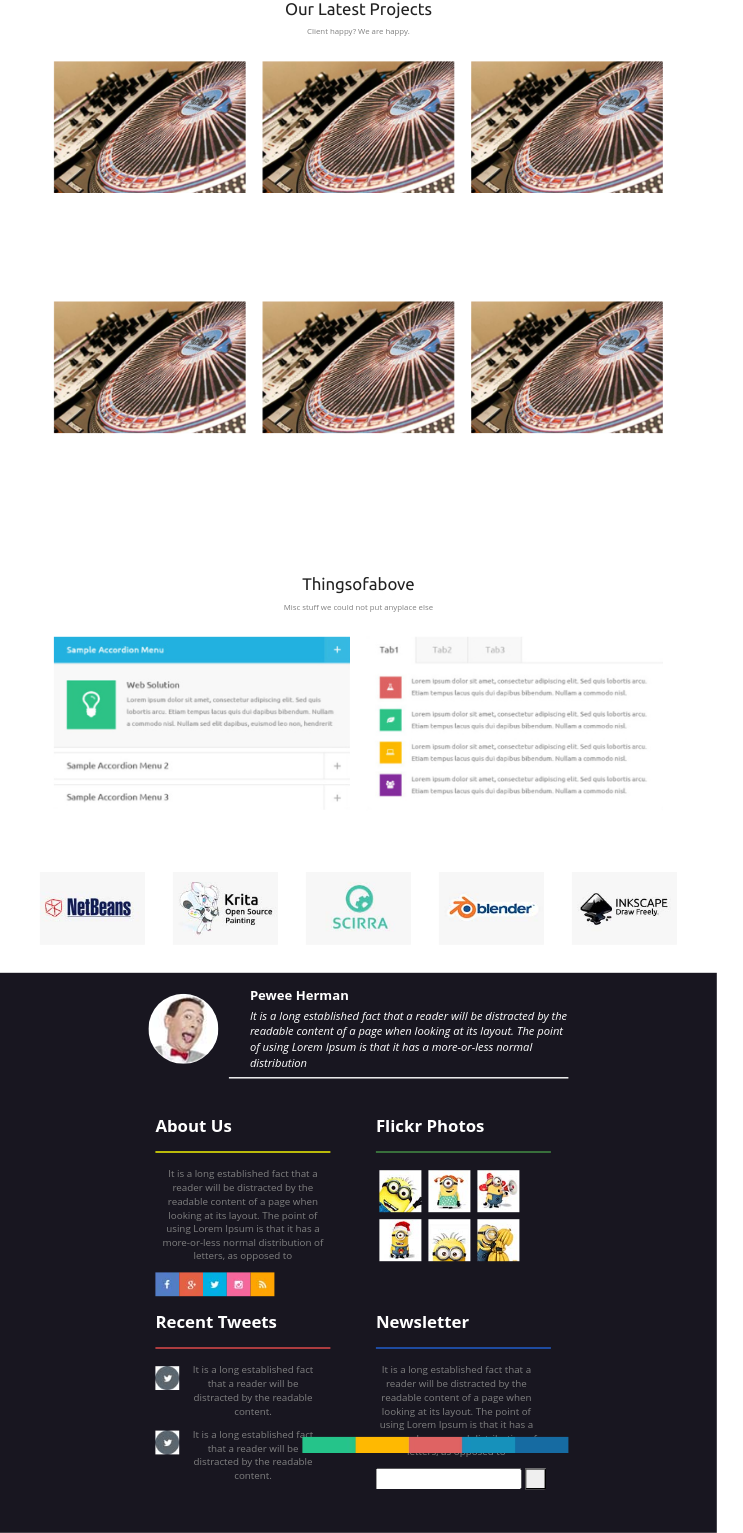
Repository: RenataDzotova/Metrolics-Renata-Beyonce
Page: index.html
The author's editor kept a copy of each file at every save. The page is drawn from the files as they stood at one save, then again after the next save.
The browser window is 1024 px wide. The page is 1062 px wide, so the pictures cover 1062 px, including what lies to the right of the window. The pictures show the part of the page from y = 1784 to 4024 px (the page is 3974 px tall before and 4024 px after), at 70% of full size.
Some web fonts or font styles are not loaded; a fallback is used.

Above is the page before, as saved 2022-02-02 18:10:11.

### index.html
<!doctype html>
<html class="no-js" lang="">

<head>
  <meta charset="utf-8">
  <title>Metrolics</title>
  <meta name="description" content="">
  <meta name="viewport" content="width=device-width, initial-scale=1">

  <meta property="og:title" content="">
  <meta property="og:type" content="">
  <meta property="og:url" content="">
  <meta property="og:image" content="">

  <link rel="manifest" href="site.webmanifest">
  <link rel="apple-touch-icon" href="icon.png">
  <!-- Place favicon.ico in the root directory -->

  <link rel="preconnect" href="https://fonts.googleapis.com">
  <link rel="preconnect" href="https://fonts.gstatic.com" crossorigin>
  <link href="https://fonts.googleapis.com/css2?family=Chewy&family=Gluten:wght@600&family=Ubuntu:wght@300;400&display=swap" rel="stylesheet">
  <link rel="stylesheet" href="css/normalize.css">
  <link rel="stylesheet" href="css/main.css">
  <link rel="stylesheet" href="css/renata.css">

  <meta name="theme-color" content="#fafafa">
</head>

<body>

    <div class = "header">
        <div class = "navBar">
            <div class = "logo"> <img src = "photos/logo.jpg" alt = "logo"> </div>
            <div class="home"><img src="https://img.icons8.com/material-rounded/38/ffffff/home-page.png"/>Home</div>
            <div class="pages"><img src="https://img.icons8.com/windows/38/ffffff/code-fork--v1.png"/>Pages</div>
            <div class="blog"><img src="https://img.icons8.com/windows/38/ffffff/megaphone.png"/>Blog</div>
            <div class="portfolio"><img src="https://img.icons8.com/windows/38/ffffff/suitcase.png"/>Portfolio</div>
            <div class="contact"><img src="https://img.icons8.com/windows/38/ffffff/secured-letter--v1.png"/>Home</div>
        </div>
        <div class = "minions">
            <div class = "minions-div"><img src = "photos/Screen Shot 2022-01-25 at 2.02.28 PM.png" alt = "minion picture"></div>

        </div>
        <div class = "arrowOne"></div>
                <div class = "three-items">
                    <div class = "first-item">Metro Style</div>
                    <div class = "second-item">Retina Ready</div>
                    <div class = "third-item">Responsive Design</div>
                </div>
        <div class = "arrowTwo"></div>
    </div>


    <div class="MainContent">
        <div class= "page__intro">
            <div class="row">
                <h1 class="heading">
                    Hey guys! This is the Metrolics theme. It sports a responsive layout with a mobile layout.
                </h1>
            </div>
        </div>

        <section class="about">
            <div class="row l-col-4">
                    <div class="column span-full">
                        <h2 class="heading">
                            Things That We Do
                        </h2>
                        <p>Ask us what we can do for you</p>
                    </div>
                    <div class="column">
                        <figure class="project">
                            <img class="imgs" src="img/Bulb.png">
                            <h3 class="heading">Web Solutions</h3>
                            <p>We are a fairly small, flexible design studio that designs for print and web. We work flexibly with clients to fulfil their design needs. Whether you need to create a brand from scratch, including marketing materials and a beautiful and functional website or whether you are looking for a design refresh we are confident you will be pleased with the results.</p>
                        </figure>
                    </div>
                    <div class="column">
                        <figure class="project">
                            <img class="imgs" src="img/Pic.png">
                            <h3 class="heading">Photography</h3>
                            <p>We are a fairly small, flexible design studio that designs for print and web. We work flexibly with clients to fulfil their design needs. Whether you need to create a brand from scratch, including marketing materials and a beautiful and functional website or whether you are looking for a design refresh we are confident you will be pleased with the results.</p>
                        </figure>
                    </div>
                    <div class="column">
                        <figure class="project">
                            <img class="imgs" src="img/Gear.png">
                            <h3 class="heading">Web Developement</h3>
                            <p>We are a fairly small, flexible design studio that designs for print and web. We work flexibly with clients to fulfil their design needs. Whether you need to create a brand from scratch, including marketing materials and a beautiful and functional website or whether you are looking for a design refresh we are confident you will be pleased with the results.</p>
                        </figure>
                    </div>
                    <div class="column">
                        <figure class="project">
                            <img class="imgs" src="img/Pencil.png">
                            <h3 class="heading">Web Design</h3>
                            <p>We are a fairly small, flexible design studio that designs for print and web. We work flexibly with clients to fulfil their design needs. Whether you need to create a brand from scratch, including marketing materials and a beautiful and functional website or whether you are looking for a design refresh we are confident you will be pleased with the results.</p>
                        </figure>
                    </div>
                </div>
        </section>

        <section class="projects--new">
            <div class="row m-col-2 l-col-3">
                <div class="column span-full">
                    <h2 class="heading">
                        What's Up Lately?
                    </h2>
                    <p>Read up on our latest work<p>
                </div>
                <div class="column special-project">
                    <figure class="project">
                        <img src="img/Image-More.png" alt="Sample Image Post">
                    </figure>
                </div>
                <div class="column">
                    <figure class="project">
                        <img src="img/Image-More.png" alt="Sample Image Post">
                    </figure>
                </div>
                <div class="column">
                    <figure class="project">
                        <img src="img/Image-More.png" alt="Sample Image Post">
                    </figure>
                </div>
            </div>
        </section>
        <hr>
        <section class="projects">
            <div class="row m-col-2 l-col-3">
                <div class="column span-full">
                    <h2 class="heading">
                        Our Latest Projects
                    </h2>
                    <p>Client happy? We are happy.</p>
                </div>
                <div class="column">
                    <figure class="project">
                        <img src="img/Image.png" alt="Sample Image Post">
                        <div class="text"> <h4>Sample Image Post</h4> <h5>Photography</h5></div>
                        <div class="textimg"><img src="img/box.png"></div>
                    </figure>
                </div>
                <div class="column">
                    <figure class="project">
                        <img src="img/Image.png" alt="Sample Image Post">
                        <div class="text"> <h4>Sample Image Post</h4> <h5>Photography</h5></div>
                        <div class="textimg"><img src="img/box.png"></div>
                    </figure>
                </div>
                <div class="column">
                    <figure class="project">
                        <img src="img/Image.png" alt="Sample Image Post">
                        <div class="text"> <h4>Sample Image Post</h4> <h5>Photography</h5></div>
                        <div class="textimg"><img src="img/box.png"></div>
                    </figure>
                </div>
                <div class="column">
                    <figure class="project">
                        <img src="img/Image.png" alt="Sample Image Post">
                        <div class="text"> <h4>Sample Image Post</h4> <h5>Photography</h5></div>
                        <div class="textimg"><img src="img/box.png"></div>
                    </figure>
                </div>
                <div class="column">
                    <figure class="project">
                        <img src="img/Image.png" alt="Sample Image Post">
                        <div class="text"> <h4>Sample Image Post</h4> <h5>Photography</h5></div>
                        <div class="textimg"><img src="img/box.png"></div>
                    </figure>
                </div>
                <div class="column">
                    <figure class="project">
                        <img src="img/Image.png" alt="Sample Image Post">
                        <div class="text"> <h4>Sample Image Post</h4> <h5>Photography</h5></div>
                        <div class="textimg"><img src="img/box.png"></div>
                    </figure>
                </div>
            </div>
        </section>

        <section class="thingsofabove .s-hide">
            <div class="row l-col-2">
                <div class="column span-full">
                    <h2 class="heading">
                        Thingsofabove
                    </h2>
                    <p>Misc stuff we could not put anyplace else</p>
                </div>
                <div class="column">
                    <figure class="project">
                        <img src="img/Acordian.png" alt="Sample Image Post">
                    </figure>
                </div>
                <div class="column">
                    <figure class="project">
                        <img src="img/Tabs.png" alt="Sample Image Post">
                    </figure>
                </div>
            </div>
        </section>
  </div>

  <div class = "footer">
    <div class = "partners-logos">
        <div><img src = "photos/Client.jpg" alt = "partners"></div>
        <div><img src = "photos/krita.jpg" alt = "partners"></div>
        <div><img src = "photos/Scirra.jpg" alt = "partners"></div>
        <div><img src = "photos/blender.jpg" alt = "partners"></div>
        <div><img src = "photos/inkscape.jpg" alt = "partners"></div>
    </div>
    <div class = "footer-black">
        <div class = "footerBlack_content">
                <div class = "PeweeHerman">
                    <div class = "photo"><img src = "photos/portrait.jpg" alt = "photo"></div>
                    <div class = "text">
                        <h3>Pewee Herman</h3>
                        <i>It is a long established fact that a reader will be distracted by the readable content of a page when looking at its layout. The point of using Lorem Ipsum is that it has a more-or-less normal distribution </i>
                    </div>
                </div>
                <div class = "info-blocks">
                    <div class = "blockOne">
                        <div class = "textAbout"><h2>About Us</h2></div>
                        <p>It is a long established fact that a reader will be distracted by the readable content of a page when looking at its layout. The point of using Lorem Ipsum is that it has a more-or-less normal distribution of letters, as opposed to</p>
                        <div class = "social-media-icons">
                            <img src = "photos/btn-facebook.jpg" alt = "icon">
                            <img src = "photos/btn-google+.jpg" alt = "icon">
                            <img src = "photos/btn-twitter.jpg" alt = "icon">
                            <img src = "photos/btn-instagram.jpg" alt = "icon">
                            <img src = "photos/btn-rss.jpg" alt = "icon">
                        </div>
                    </div>
                    <div class = "blockTwo">
                        <div class = "textPhotos"><h2>Flickr Photos</h2></div>
                            <div class = "minion-pictures">
                                <img src = "photos/minion1.jpg" alt = "minion">
                                <img src = "photos/minion2.jpg" alt = "minion">
                                <img src = "photos/minion3.jpg" alt = "minion">
                                <img src = "photos/minion4.jpg" alt = "minion">
                                <img src = "photos/minion5.jpg" alt = "minion">
                                <img src = "photos/minion6.jpg" alt = "minion">
                            </div>
                    </div>
                    <div class = "blockThree">
                        <div class = "textTweets"><h2>Recent Tweets</h2></div>
                        <div class = "tweets">
                            <img src = "photos/icon-tweet.jpg" alt = "twitter-logo">
                            <p>It is a long established fact that a reader will be distracted by the readable content.</p>
                        </div>
                        <div class = "tweets">
                            <img src = "photos/icon-tweet.jpg" alt = "twitter-logo">
                            <p>It is a long established fact that a reader will be distracted by the readable content.</p>
                        </div>
                    </div>
                    <div class = "blockFour">
                        <div class = "textForm"><h2>Newsletter</h2></div>
                        <p>It is a long established fact that a reader will be distracted by the readable content of a page when looking at its layout. The point of using Lorem Ipsum is that it has a more-or-less normal distribution of letters, as opposed to</p>
                        <div class = "form">
                            <input type="email" id="email" name="email">
                            <button type="button"></button>
                        </div>
                    </div>

                </div>
                <div class = "colorfulThing">
                    <div><img src = "photos/coloured bars.jpg" alt = "blocks"></div>
                </div>
        </div>
</div>





  <script src="js/vendor/modernizr-3.11.2.min.js"></script>
  <script src="js/plugins.js"></script>
  <script src="js/main.js"></script>

  <!-- Google Analytics: change UA-XXXXX-Y to be your site's ID. -->
  <script>
    window.ga = function () { ga.q.push(arguments) }; ga.q = []; ga.l = +new Date;
    ga('create', 'UA-XXXXX-Y', 'auto'); ga('set', 'anonymizeIp', true); ga('set', 'transport', 'beacon'); ga('send', 'pageview')
  </script>
  <script src="https://www.google-analytics.com/analytics.js" async></script>
</body>

</html>

### css/renata.css
/* /////////////    THIS IS THE HEADER    ///////////// */

.header{
    display:flex;
    justify-content: center;
    align-items: center;
    flex-direction: column;
  }






  /* ////////////   NAVBAR    */
  .navBar{
    display: flex;
    flex-direction: row;
    justify-content: center;
    align-items: center;
    width: 1000px;
  }


  /* //////  nav bar icons and img /////// */
  .navBar .logo{
    margin: 0 40px 0 0;
  }

  .home img, .pages img, .blog img, .portfolio img, .contact img{
    width: 30px;
}

  .navBar .home{
    background-color: rgb(71, 148, 71);
    width: 100px;
    height: 100px;
    color: white;
    display: flex;
    flex-direction: column;
    justify-content: center;
    align-items: center;
  }

  .navBar .pages{
    background-color: rgb(236, 226, 77);
    width: 100px;
    height: 100px;
    color: white;
    display: flex;
    flex-direction: column;
    justify-content: center;
    align-items: center
  }

  .navBar .blog{
    background-color: rgb(236, 76, 76);
    width: 100px;
    height: 100px;
    color: white;
    display: flex;
    flex-direction: column;
    justify-content: center;
    align-items: center
  }

  .navBar .portfolio{
    background-color: rgb(99, 205, 212);
    width: 100px;
    height: 100px;
    color: white;
    display: flex;
    flex-direction: column;
    justify-content: center;
    align-items: center
  }

  .navBar .contact{
    background-color: rgb(34, 97, 214);
    width: 100px;
    height: 100px;
    color: white;
    display: flex;
    flex-direction: column;
    justify-content: center;
    align-items: center
  }






  /* //////  minion picture section  /////// */
  .minions{
    background-color: rgb(187, 187, 187);
    width: 100%;
    display: flex;
    justify-content: center;
    align-items:center;
    flex-direction: column;
  }

  .minions img{
      width: 1100px;
  }



  /* /////   text and arrows on minion picture  /////// */
  .first-item, .second-item, .third-item{
    background-color: lightgray;
    opacity: 50%;
    width: 170px;
    height: 35px;
    margin: 2px;
    top: -280px;
    left: -300px;
    padding-left: 10px;

  }

  .minions .three-items p{
    opacity: 100%;
  }

  .first-item{
    border-left:rgb(34, 97, 214) 5px solid;
    position: relative;
  }
  .second-item{
    border-left:rgb(236, 76, 76) 5px solid;
    position: relative;
  }
  .third-item{
    border-left:rgb(236, 226, 77)5px solid;
    position: relative;
  }









/* //////////////  logo pictures above footer ////////// */
  .partners-logos{
    display: flex;
    flex-direction: row;
    align-items: center;
    justify-content: center;
  }

  .partners-logos img{
    margin: 40px 20px 40px 20px;
    width: 150px;
  }







  /* ///////////     FOOTER      /////////  */

  .footer-black{
    background-color: rgb(24, 22, 32);
    display: flex;
    flex-direction: column;
    align-items: center;
    justify-content: center;
    height: fit-content;
  }

  .footerBlack_content{
    width: 1000px;
    height: 450px;
    margin: 0px;
  }





  /* ////////// Pewee Herman Section ////////// */
  .PeweeHerman{
    display: flex;
    flex-direction: row;
    width: 1000px;
  }

  .PeweeHerman img{
    border-radius: 50%;
    margin: 30px 15px 20px 0;
    width: 100px;
  }

  .PeweeHerman .text{
    color: white;
    padding-bottom: 10px;
    margin-bottom: 20px;
    padding-left: 30px;
  }




  /* ////////// information blocks ////////// */

  .info-blocks h3{
    margin-bottom: 30px;
  }

  .text > h3{
    margin-bottom: 5px;
  }

  .info-blocks{
    display: flex;
    flex-direction: row;
    align-content: flex-start;
    width: 1000px;
  }

  .info-blocks p{
    font-size: 14px;
    margin-top: 0;
    padding-right: 20px;
  }

  .info-blocks div{
    width: 250px;
  }





  /* ///////  block one  ////// */
  .info-blocks .blockOne{
    display: flex;
    flex-direction: column;
    color:  white;
    width: 25%;
  }

  .info-blocks .social-media-icons{
    display: flex;
    flex-direction: row;
    width: 160px;
  }

  .textAbout{
    border-bottom: yellow 2px solid;
    margin-bottom: 20px;
  }





  /* ////// block two  //////// */
  .info-blocks .blockTwo{
    display: flex;
    flex-direction: column;
    color:  white;
    width: 25%;
  }

  .blockTwo .minion-pictures{
    display: flex;
    flex-direction: row;
    flex-wrap: wrap;
    width: 250px;
    height: 100px;
  }

  .blockTwo .minion-pictures>img{
    margin: 5px;
    width: 60px;
    height: 60px;
  }

  .textPhotos{
    border-bottom: rgb(71, 148, 71) 2px solid;
    margin-bottom: 20px;
  }





  /* ///////// block three  ///////// */
  .info-blocks .blockThree{
    display: flex;
    flex-direction: column;
    color: white;
  }

  .blockThree .tweets{
    display: flex;
    flex-direction: row;
  }

  .blockThree .tweets img{
    width: 34px;
    height: 34px;
    margin: 5px 15px 0 0;
  }

  .blockThree .tweets p{
    margin-top: 0px;
  }

  .textTweets{
    border-bottom: rgb(236, 76, 76) 2px solid;
    margin-bottom: 20px;
  }





  /* //////   block four   ///////// */
  .info-blocks .blockFour{
    display: flex;
    flex-direction: column;
    color: white;
  }


  .blockFour input{
    width: 200px;
  }

  .blockFour button{
    width: 30px;
    height: 30px;
    border-radius: 0;
    margin-left: 5px;
  }
  .form{
    display: flex;
    justify-content: flex-start;
  }

  .text{
    border-bottom: white 2px solid;
  }

  .textForm{
    border-bottom: rgb(34, 97, 214) 2px solid;
    margin-bottom: 20px;
  }





/* /////////////  colorful thing on the bottom  //////// */

  .colorfulThing{
    display: flex;
    justify-content: flex-end;
    margin-top: 40px;
  }





  /* //////////////// media queries //////////// */

  @media screen and (max-width: 74.9375em) {
    .footerBlack_content{
        width: 600px;
        height: 800px;
    }

    .footer-black{
        height: fit-content;
    }

    .PeweeHerman{
        width: 600px;
    }

    .info-blocks{
        display: grid;
        grid-template-columns: auto auto;
        grid-template-rows: 150px 150px;
        width: 600px;
        grid-gap: 130px 10px;
        padding: 10px;
    }

    .blockOne p{
        width: 250px;
    }

    .colorfulThing{
        bottom: 0;
    }

}

Loaded but not shown: css/normalize.css (library); js/vendor/modernizr-3.11.2.min.js (library); js/plugins.js (24 lines, source omitted); css/main.css (460 lines, source omitted); js/main.js (no stored copy; drawn as an empty file)

After the next save:
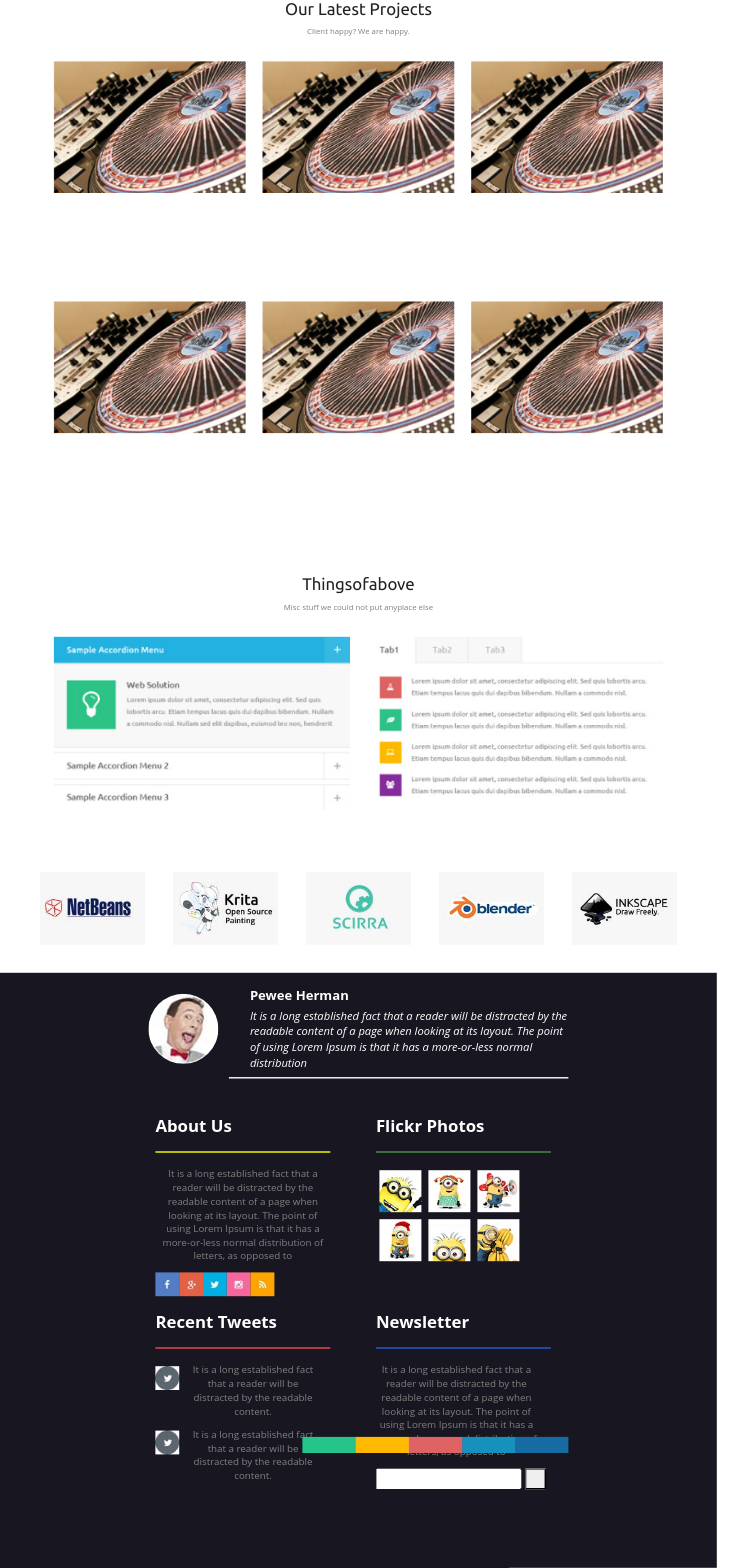
Saved 7 s later.
--- a/css/renata.css
+++ b/css/renata.css
@@ -377,7 +377,7 @@
   @media screen and (max-width: 74.9375em) {
     .footerBlack_content{
         width: 600px;
-        height: 800px;
+        height: 850px;
     }
 
     .footer-black{
